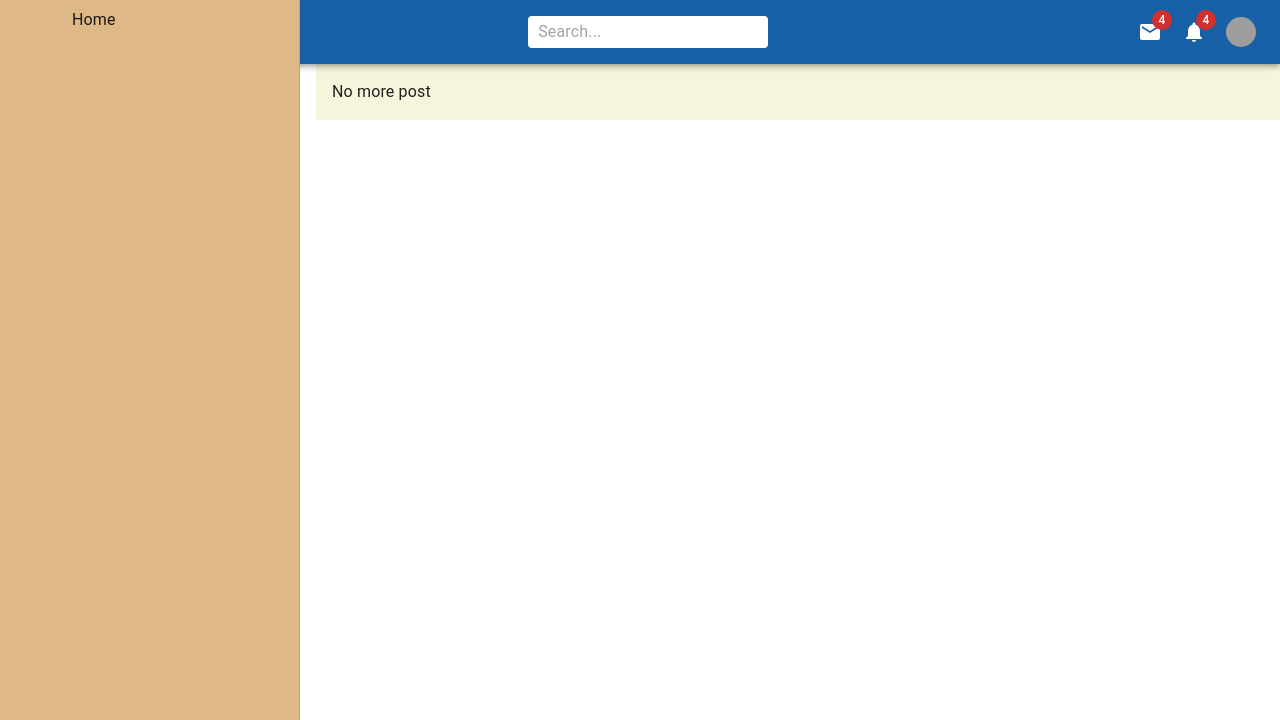
Repository: TrangPhuongLam07/exchangebookfrontend
Page: /
These files come from the project's save history. The page is drawn as it stood at one moment and after the next save; the edit follows.
The browser window is 1280 px wide. The pictures show the whole page.
Pictures or frames that could not be fetched are drawn as grey boxes. The page's requests for data from a server got no answer. The project was rebuilt for these pictures with package versions that can differ from the ones it lists, and the page was loaded fresh each time. Some packages were replaced by stand-ins written for this rebuild. No one was signed in, and anything a server would have sent is missing. Also part of the build but not shown: craco.config.js, src/components/post/index.js. Imported but missing from the stored project, and not drawn on this page: src/pages/management/add-post, src/pages/management/update-post.

Above is the page before, as saved 2023-08-01 16:59:27.

### src/index.js
import ReactDOM from "react-dom/client";
import React from "react";
import config from "./config";
import App from "./App";
import { ThemeProvider } from "@mui/material";
import "./index.css";
const root = ReactDOM.createRoot(document.getElementById("root"));

root.render(
  <React.StrictMode>
    <ThemeProvider theme={config.theme}>
      <App />
    </ThemeProvider>
  </React.StrictMode>
);

### src/config/index.js
import routes from "./routes";
import theme from "./theme";
const config = {
  routes,
  theme,
};

export default config;

### src/App.js
import { ReactQueryDevtools } from "@tanstack/react-query-devtools";
import { QueryClient, QueryClientProvider } from "@tanstack/react-query";
import { privateRoutes, publicRoutes } from "~/routes";
import { Fragment, Suspense } from "react";
import { CssBaseline } from "@mui/material";
import { BrowserRouter as Router, Routes, Route } from "react-router-dom";
import { Toaster } from "react-hot-toast";
const queryClient = new QueryClient({
  defaultOptions: {
    queries: {
      refetchOnWindowFocus: false,
      refetchOnMount: false,
      refetchOnReconnect: false,
      retry: 1,
      staleTime: 5 * 1000,
    },
  },
});

function App() {
  return (
    <QueryClientProvider client={queryClient}>
      <CssBaseline />
      <Toaster
        toastOptions={{
          duration: 1500,
        }}
      />
      <Router>
        <Suspense fallback={<div>Loading...</div>}>
          <Routes>
            {publicRoutes.map((route, index) => {
              const Page = route.component;
              const Layout = route.layout || Fragment;
              return (
                <Route
                  key={index}
                  path={route.path}
                  element={
                    <Layout>
                      <Page />
                    </Layout>
                  }
                />
              );
            })}
            {privateRoutes.map((route, index) => {
              const Page = route.component;
              const Layout = route.layout || Fragment;
              const Role = route?.role;
              return (
                <Route
                  key={index}
                  path={route.path}
                  element={
                    <Layout>
                      <Page />
                    </Layout>
                  }
                />
              );
            })}
          </Routes>
        </Suspense>
      </Router>
      <ReactQueryDevtools initialIsOpen={false} />
    </QueryClientProvider>
  );
}

export default App;

### src/index.css
body {
  margin: 0;
  font-family: -apple-system, BlinkMacSystemFont, "Segoe UI", "Roboto", "Oxygen",
    "Ubuntu", "Cantarell", "Fira Sans", "Droid Sans", "Helvetica Neue",
    sans-serif;
  -webkit-font-smoothing: antialiased;
  -moz-osx-font-smoothing: grayscale;
}

code {
  font-family: source-code-pro, Menlo, Monaco, Consolas, "Courier New",
    monospace;
}
img {
  max-width: 100%;
  object-fit: cover;
}

### src/config/routes.js
const routes = {
  home: "/",
  management: {
    management: "/management",
    add: "/management/add",
    update: "/management/update/:id",
    transaction: "/management/transaction",
    profile: "/management/profile",
  },
};
export default routes;

### src/config/theme.js
import { createTheme } from "@mui/material";
const theme = createTheme({
  palette: {
    primary: {
      main: "#1760A5",
      light: "skyblue",
    },
    secondary: {
      main: "#15C630",
    },
  },
});
export default theme;

### src/routes/index.js
import config from "~/config";
import { lazy } from "react";

const HomePage = lazy(() => import("~/pages/home"));
const AddPostPage = lazy(() => import("~/pages/management/add-post"));
const UpdatePostPage = lazy(() => import("~/pages/management/update-post"));
const ManagementPage = lazy(() => import("~/pages/management"));
const TransactionPage = lazy(() => import("~/pages/management/transaction"));

const ProfilePage = lazy(() => import("~/pages/management/profile"));

const DetailPage = lazy(() => import("~/pages/detail"));

const DefaultLayout = lazy(() => import("~/layouts/default"));
const ManagementLayout = lazy(() => import("~/layouts/management"));
const DetailLayout = lazy(() => import("~/layouts/detail"));

const publicRoutes = [
  {
    path: config.routes.home,
    component: HomePage,
    layout: DefaultLayout,
  },
];
const privateRoutes = [
  {
    path: config.routes.management.management,
    component: ManagementPage,
    layout: ManagementLayout,
  },
  {
    path: config.routes.management.add,
    component: AddPostPage,
    layout: ManagementLayout,
  },
  {
    path: config.routes.management.update,
    component: UpdatePostPage,
    layout: ManagementLayout,
  },
  {
    path: config.routes.management.profile,
    component: ProfilePage,
    layout: ManagementLayout,
  },
  {
    path: config.routes.management.transaction,
    component: TransactionPage,
    layout: ManagementLayout,
  },
  {
    path: config.routes.detailPage,
    component: DetailPage,
    layout: ManagementLayout,
  },
];

export { publicRoutes, privateRoutes };

### src/pages/home/index.js
import { useInfiniteQuery } from "@tanstack/react-query";
import { useCallback, useEffect, useId, useRef, useState } from "react";
import Feed from "~/components/feed";
import Post from "~/components/post";
import { postService } from "~/services";
const HomePage = () => {
  const uuid = useId();
  const [lastPostId, setLastPostId] = useState();
  const { data, isFetchingNextPage, error, fetchNextPage, hasNextPage } =
    useInfiniteQuery({
      queryKey: ["posts"],
      queryFn: postService.getAll,
      getNextPageParam: (lastPage, allPages) => {
        return allPages.length < 3 && allPages.length + 1;
      },
      getPreviousPageParam: (firstPage, allPages) => firstPage.prevCursor,
    });
  const intObserver = useRef();
  const lastPostRef = useCallback(
    (post) => {
      if (isFetchingNextPage) return;
      intObserver.current && intObserver.current.disconnect();
      intObserver.current = new IntersectionObserver((post) => {
        if (post[0].isIntersecting && hasNextPage) fetchNextPage();
      });
      post && intObserver.current.observe(post);
    },
    [isFetchingNextPage, fetchNextPage, hasNextPage]
  );

  if (error) return <>Error: {error.message}</>;
  return (
    <Feed>
      {data?.pages.map((page) => {
        return page.map((post, i) => {
          // if (data?.pages.length - 1 === i) {
          //   return <Post key={uuid} ref={lastPostRef} post={post} />;
          // }
          return (
            <Post
              key={i}
              post={post}
              ref={data?.pages.length - 1 === i ? lastPostRef : null}
            />
          );
        });
      })}
      {!hasNextPage && "No more post"}
    </Feed>
  );
};

export default HomePage;

### src/layouts/default/index.js
import { Box, Stack } from "@mui/material";
import AddPostBtn from "~/components/buttons/add-btn";
import Header from "~/components/header";
import Sidebar from "~/components/sidebar";

const DefaultLayout = ({ children }) => {
  return (
    <Box>
      <Header />
      <Stack direction="row" spacing={2} justifyContent="space-between">
        <Sidebar />
        {children}
        {/* <Feed /> */}
      </Stack>
      <AddPostBtn />
    </Box>
  );
};

export default DefaultLayout;

### src/components/feed/index.js
import { Box } from "@mui/material";

const Feed = ({ children }) => {
  return (
    <Box bgcolor="beige" flex={5} p={2}>
      {children}
    </Box>
  );
};

export default Feed;

### src/services/index.js
export * as categoryService from "./categoryService";
export * as postService from "./postService";
export * as userService from "./userService";

### src/components/buttons/add-btn/index.js
import {
  Avatar,
  Box,
  Button,
  ButtonGroup,
  Fab,
  Modal,
  TextField,
  Tooltip,
  Typography,
  styled,
} from "@mui/material";
import { Add as AddIcon } from "@mui/icons-material";
import { useState } from "react";
const AddPostBtn = () => {
  const [open, setOpen] = useState(false);
  const handleClose = () => setOpen(false);

  const StyledModal = styled(Modal)({
    display: "flex",
    alignItems: "center",
    justifyContent: "center",
  });
  const UserBox = styled(Box)({
    display: "flex",
    alignItems: "center",
    gap: "10px",
    marginBottom: "20px",
  });
  return (
    <Box>
      <Tooltip
        onClick={() => setOpen(true)}
        title="Add post"
        sx={{
          position: "fixed",
          bottom: 20,
          left: { xs: "calc(50% - 25px)", md: 30 },
        }}
      >
        <Fab color="primary" aria-label="Add">
          <AddIcon />
        </Fab>
      </Tooltip>
      <StyledModal open={open} onClose={handleClose}>
        <Box width={500} height={350} p={3} borderRadius={4} bgcolor="white">
          <Typography variant="h6" color="gray" textAlign="center">
            Create post
          </Typography>
          <UserBox>
            <Avatar
              src="https://source.unsplash.com/random"
              sx={{ width: 30, height: 30 }}
            />
            <Typography fontWeight={500} variant="span">
              Kienthuc
            </Typography>
          </UserBox>
          <TextField
            multiline
            rows={4}
            placeholder="What's in your mind"
            variant="standard"
            sx={{
              width: "100%",
            }}
          />
          <ButtonGroup fullWidth variant="contained" sx={{ marginTop: 3 }}>
            <Button>Post</Button>
          </ButtonGroup>
        </Box>
      </StyledModal>
    </Box>
  );
};

export default AddPostBtn;

### src/components/header/index.js
import { Pets, Mail, Notifications } from "@mui/icons-material";
import {
  AppBar,
  Typography,
  Box,
  Toolbar,
  InputBase,
  Badge,
  styled,
  Avatar,
  Menu,
  MenuItem,
} from "@mui/material";
import { useState } from "react";
import { useNavigate } from "react-router-dom";

const Header = () => {
  const [open, setOpen] = useState(false);
  const navigate = useNavigate();
  const handleToggle = () => {
    setOpen(!open);
  };

  const StyledToobar = styled(Toolbar)({
    display: "flex",
    justifyContent: "space-between",
  });
  const Search = styled("div")(({ theme }) => ({
    background: "white",
    padding: "0 10px",
    borderRadius: theme.shape.borderRadius,
  }));
  const Icons = styled(Box)(({ theme }) => ({
    display: "none",
    alignItems: "center",
    gap: "20px",
    [theme.breakpoints.up("sm")]: {
      display: "flex",
    },
  }));
  const UserBox = styled(Box)(({ theme }) => ({
    display: "flex",
    alignItems: "center",
    gap: "10px",
    [theme.breakpoints.up("sm")]: {
      display: "none",
    },
  }));
  return (
    <AppBar position="sticky">
      <StyledToobar>
        <Typography
          variant="h6"
          sx={{
            display: { xs: "none", sm: "block" },
          }}
        >
          ExchangeBook
        </Typography>
        <Pets
          sx={{
            display: { xs: "block", sm: "none" },
          }}
        />
        <Search>
          <InputBase placeholder="Search..." />
        </Search>
        <Icons>
          <Badge badgeContent={4} color="error">
            <Mail />
          </Badge>
          <Badge badgeContent={4} color="error">
            <Notifications />
          </Badge>
          <Avatar
            sx={{ width: 30, height: 30 }}
            src="https://source.unsplash.com/random"
            onClick={handleToggle}
          />
        </Icons>
        <UserBox onClick={handleToggle}>
          <Avatar
            sx={{ width: 30, height: 30 }}
            src="https://source.unsplash.com/random"
          />
        </UserBox>
        <Menu
          id="menu"
          aria-aria-labelledby="demo"
          open={open}
          onClose={() => setOpen(false)}
          anchorOrigin={{
            vertical: "top",
            horizontal: "right",
          }}
          transformOrigin={{
            vertical: "top",
            horizontal: "right",
          }}
        >
          <MenuItem
            onClick={() => navigate("/management/profile", { replace: true })}
          >
            Profile
          </MenuItem>
          <MenuItem>My account</MenuItem>
          <MenuItem>Logout</MenuItem>
        </Menu>
      </StyledToobar>
    </AppBar>
  );
};

export default Header;

### src/components/sidebar/index.js
import { Home, ModeNight } from "@mui/icons-material";
import {
  Box,
  List,
  ListItem,
  ListItemIcon,
  ListItemText,
  Switch,
  styled,
  Drawer,
  ListItemButton,
} from "@mui/material";
import { Link } from "react-router-dom";
const Sidebar = () => {
  const StyledLink = styled(Link)({
    display: "flex",
    alignItems: "center",
    width: "100%",
    padding: "10px 20px",
    rowGap: 5,
  });

  return (
    // <Box
    //   flex={1}
    //   position="relative"
    //   p={2}
    //   sx={{
    //     display: { xs: "none", sm: "block" },
    //   }}
    // >
    //   <Box position="fixed" width={1 / 8}>
    //     <List>
    //       <ListItem>
    //         <StyledLink to="/">
    //           <ListItemIcon>
    //             <Home />
    //           </ListItemIcon>
    //           <ListItemText primary="Home" />
    //         </StyledLink>
    //       </ListItem>
    //       <ListItem>
    //         <StyledLink to="/management">
    //           <ListItemIcon>
    //             <Home />
    //           </ListItemIcon>
    //           <ListItemText primary="Management" />
    //         </StyledLink>
    //       </ListItem>
    //       <ListItem>
    //         <StyledLink to="/management/add">
    //           <ListItemIcon>
    //             <Home />
    //           </ListItemIcon>
    //           <ListItemText primary="Add" />
    //         </StyledLink>
    //       </ListItem>
    //       <ListItem>
    //         <StyledLink to="/management/transaction">
    //           <ListItemIcon>
    //             <Home />
    //           </ListItemIcon>
    //           <ListItemText primary="Transaction" />
    //         </StyledLink>
    //       </ListItem>
    //       <ListItem>
    //         <ListItemIcon>
    //           <ModeNight />
    //           <Switch />
    //         </ListItemIcon>
    //       </ListItem>
    //     </List>
    //   </Box>
    // </Box>
    <Drawer
      variant="permanent"
      sx={{
        width: 300,
        flexShrink: 0,
        "& .MuiDrawer-paper": {
          width: 300,
          boxSizing: "border-box",
          backgroundColor: "burlywood",
        },
      }}
    >
      <List disablePadding>
        <ListItemButton>
          <ListItemIcon></ListItemIcon>
          Home
        </ListItemButton>
      </List>
    </Drawer>
  );
};

export default Sidebar;

### src/services/categoryService.js
import httpRequest from "~/utils/httpRequest";

export const findById = async (id) => {
  try {
    const res = await httpRequest.get(`/posts/${id}`);
    return res.data;
  } catch (error) {
    console.log(error);
  }
};
export const findAll = async () => {
  try {
    const res = await httpRequest.get("/categories");
    return res.data;
  } catch (error) {
    console.log(error);
  }
};

### src/services/postService.js
import httpRequest from "~/utils/httpRequest";
const REQUEST = "/posts";

export const create = async (data) =>
  httpRequest.post(REQUEST, data, {
    headers: {
      "Content-Type": "multipart/form-data",
    },
  });
export const getOne = async (id) => {
  try {
    const res = await httpRequest.get(REQUEST + `/${id}`);
    return res.data;
  } catch (error) {}
};
export const getAll = async ({ pageParam = 1 }, page = 1) => {
  console.log(pageParam, page);
  try {
    const res = await httpRequest.get(
      `${REQUEST}?page=${page}&size=${pageParam}`
    );
    return res.data.postsResponses;
  } catch (error) {
    console.log(error);
  }
};
export const updateOne = async (id, data) => {
  try {
    const res = await httpRequest.put(`${REQUEST}/${id}`, data, {
      headers: {
        "Content-Type": "multipart/form-data",
      },
    });
    return res.data;
  } catch (error) {
    console.log(error);
  }
};
export const deleteOne = async (id) => {
  try {
    const res = await httpRequest.delete(`${REQUEST}/${id}`);
    return res.data;
  } catch (error) {
    console.log(error);
  }
};

### src/services/userService.js
import httpRequest from "~/utils/httpRequest";
const REQUEST = "/posts";

export const update = async (data) =>
  httpRequest.post(REQUEST, data, {
    headers: {
      "Content-Type": "multipart/form-data",
    },
  });

### src/utils/httpRequest.js
import axios from "axios";

const httpRequest = axios.create({
  baseURL: process.env.REACT_APP_BASE_API,
});

export const get = async (path, options = {}) => {
  const response = await httpRequest.get(path, options);
  return response.data;
};
export const post = async (path, data, options = {}) => {
  const response = await httpRequest.post(path, data, options);
  return response.data;
};
export const put = async (path, data, options = {}) => {
  const response = await httpRequest.put(path, data, options);
  return response.data;
};
export const remove = async (path, options = {}) => {
  const response = await httpRequest.delete(path, options);
  return response.data;
};
export default httpRequest;

Loaded but not shown: public/index.html (common file)

After the next save:
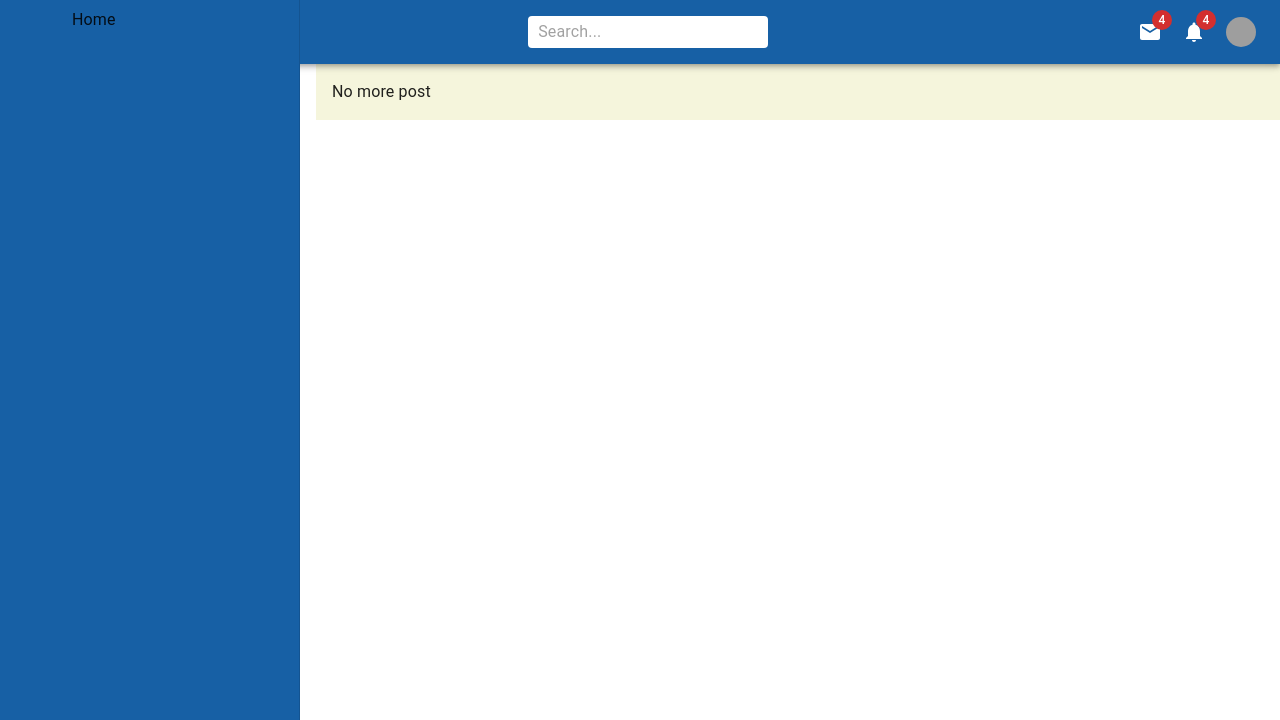
Saved 59 s later.
--- a/src/components/sidebar/index.js
+++ b/src/components/sidebar/index.js
@@ -11,6 +11,7 @@ import {
   ListItemButton,
 } from "@mui/material";
 import { Link } from "react-router-dom";
+import theme from "~/config/theme";
 const Sidebar = () => {
   const StyledLink = styled(Link)({
     display: "flex",
@@ -80,7 +81,7 @@ const Sidebar = () => {
         "& .MuiDrawer-paper": {
           width: 300,
           boxSizing: "border-box",
-          backgroundColor: "burlywood",
+          backgroundColor: theme.palette.primary.main,
         },
       }}
     >
